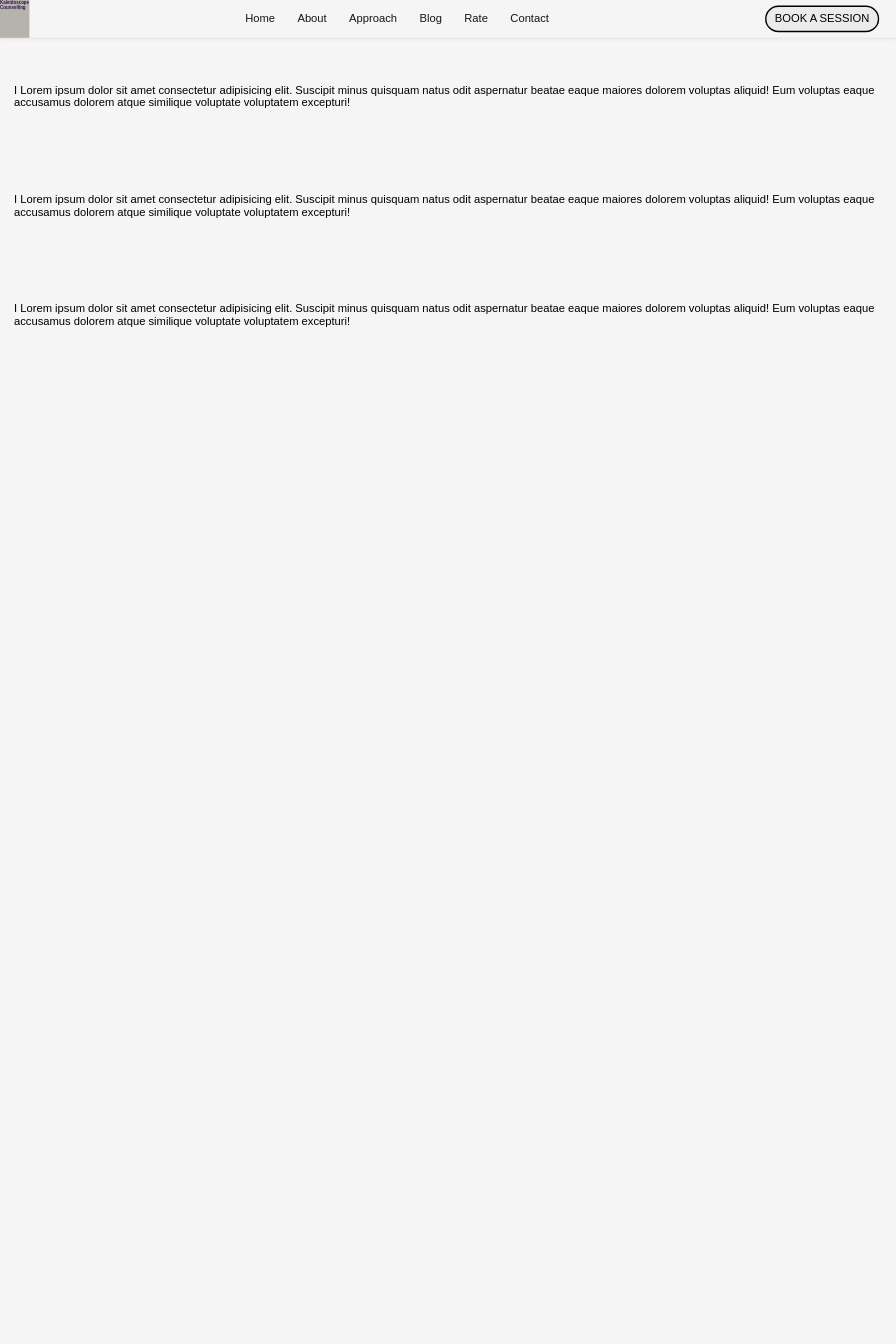
Repository: voutadi/ava-website
Page: index.html
The author's editor kept a copy of each file at every save. The page is drawn from the files as they stood at one save, then again after the next save.
The browser window is 1280 px wide. The pictures show the part of the page from y = 0 to 1920 px (the page is 3120 px tall), at 70% of full size.

Above is the page before, as saved 2024-07-03 17:58:03.

After the next save:
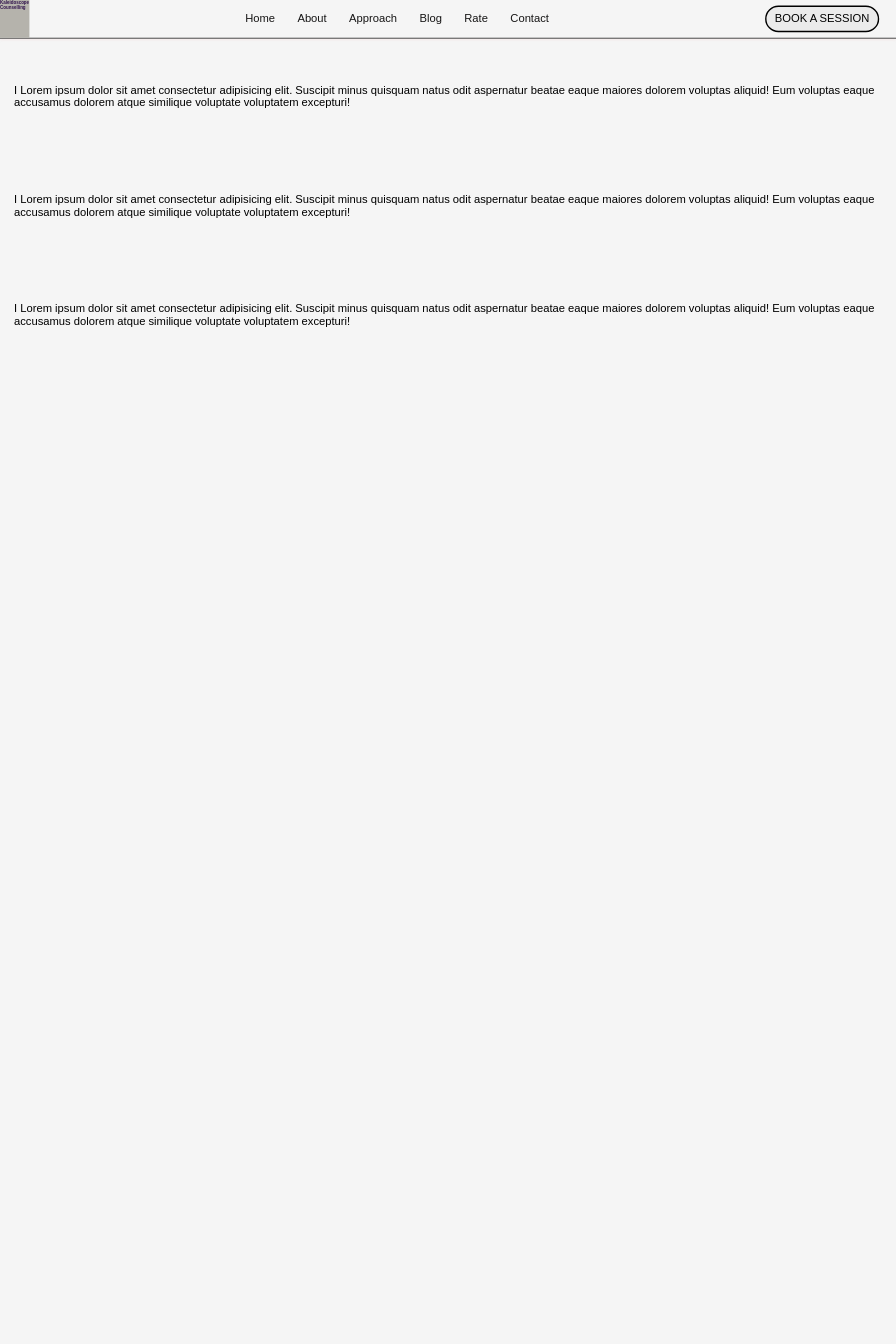
Saved 45 s later.
--- a/styles/style.css
+++ b/styles/style.css
@@ -17,7 +17,7 @@
   left: 0;
   right: 0;
   background-color: #f5f5f5;
-  border-bottom: 1px solid #ddd;
+  border-bottom: 1px solid;
   display: flex;
   justify-content: space-between;
   align-items: center;
